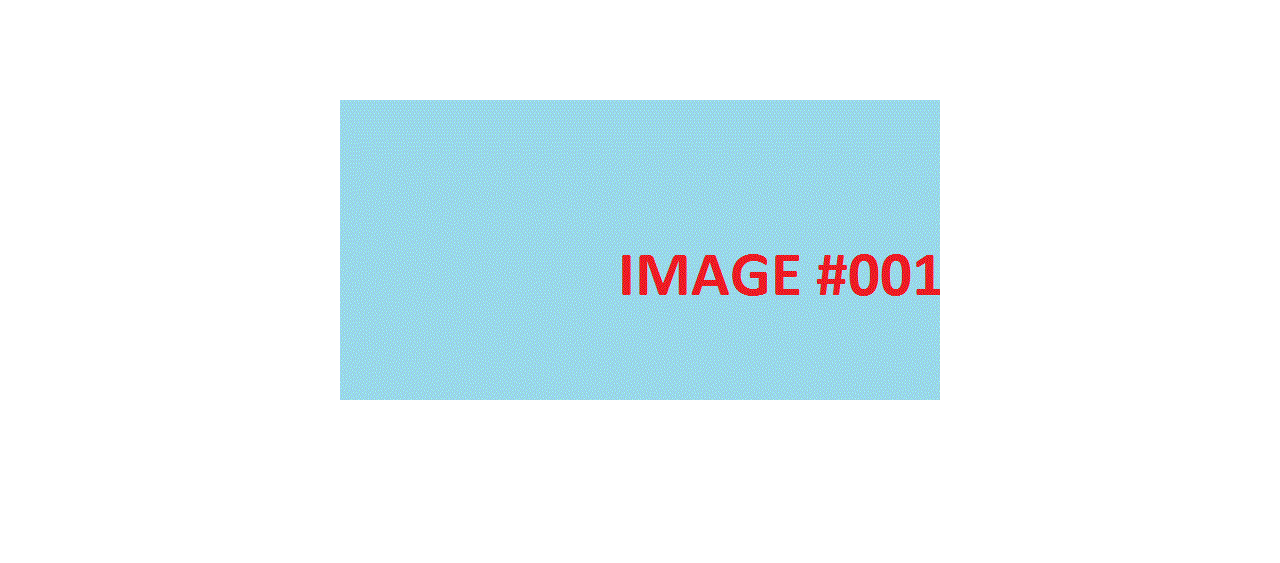
Repository: nema38/30DaysTrainning
Page: 30Days14/index.html
An editor plug-in stored every save of this project. The page is shown before and after the next save, followed by the edit.
The browser window is 1280 px wide. The pictures show the whole page.
Some web libraries are served in a nearby version.

Above is the page before, as saved 2014-04-18 17:24:27.

### 30Days14/index.html
<!DOCTYPE html>
<html>

	<head>
		<meta charset=utf-8>
		<title>The Obligatory Slider</title>
		<link rel="stylesheet" href="slider.css">
		<style>
			body	{
				width: 600px;
				margin: 100px auto	0;
			}
			* {margin: 0; padding: 0; }
		</style>
	</head>

	<body>
		<div class="slider">
			<ul>
				<li><img src="img/image001.gif" alt="image" /></li>
				<li><img src="img/image002.gif" alt="image" /></li>
				<li><img src="img/image003.gif" alt="image" /></li>
				<li><img src="img/image004.gif" alt="image" /></li>
			</ul>
		</div>
		<div class="slider-nav">
			<button data-dir="prev">Previous</button>
			<button data-dir="next">Next</button>
		</div>

		<script src="http://ajax.googleapis.com/ajax/libs/jquery/1.11.0/jquery.min.js"></script>

		<script src="slider.js"></script>

	</body>

</html>

### 30Days14/slider.css

.slider-nav	{
	display: none;
}

.slider	{
	width: inherit;
	height: 300px;
	overflow: hidden;
}

.slider ul	{
	width: 10000px;
	list-style: none;
}

.slider li	{
	float: left;
}

### 30Days14/slider.js
/**
 * @author mchavez
 */

After the next save:
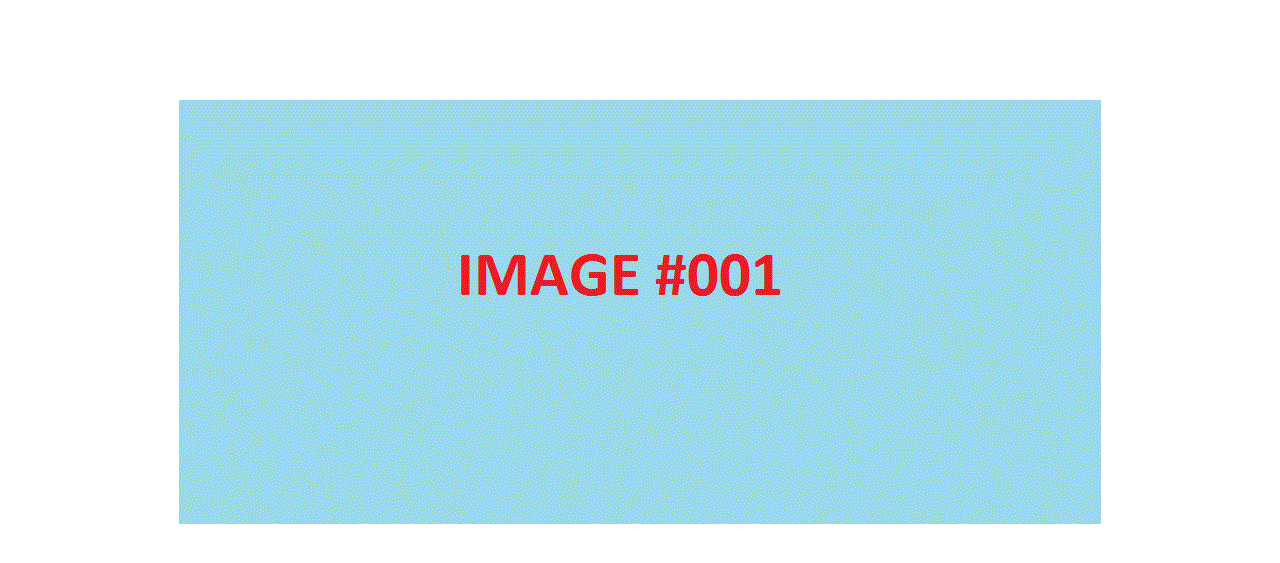
Saved 2 min 58 s later.
--- a/30Days14/index.html
+++ b/30Days14/index.html
@@ -7,7 +7,7 @@
 		<link rel="stylesheet" href="slider.css">
 		<style>
 			body	{
-				width: 600px;
+				width: 922px;
 				margin: 100px auto	0;
 			}
 			* {margin: 0; padding: 0; }
--- a/30Days14/slider.css
+++ b/30Days14/slider.css
@@ -5,7 +5,7 @@
 
 .slider	{
 	width: inherit;
-	height: 300px;
+	height: 424px;
 	overflow: hidden;
 }
 
